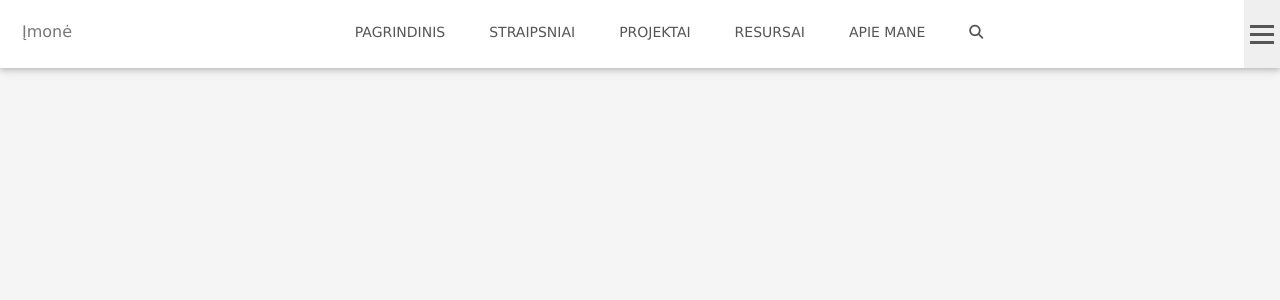
Repository: motiejus1/14-paskaita-05.31
Page: index.html
The author's editor kept a copy of each file at every save. The page is drawn from the files as they stood at one save, then again after a run of saves.
The browser window is 1280 px wide. The pictures show the whole page.
Some web libraries are served in a nearby version.

Above is the page before, as saved 2021-06-23 19:47:08.

After the next 2 saves:
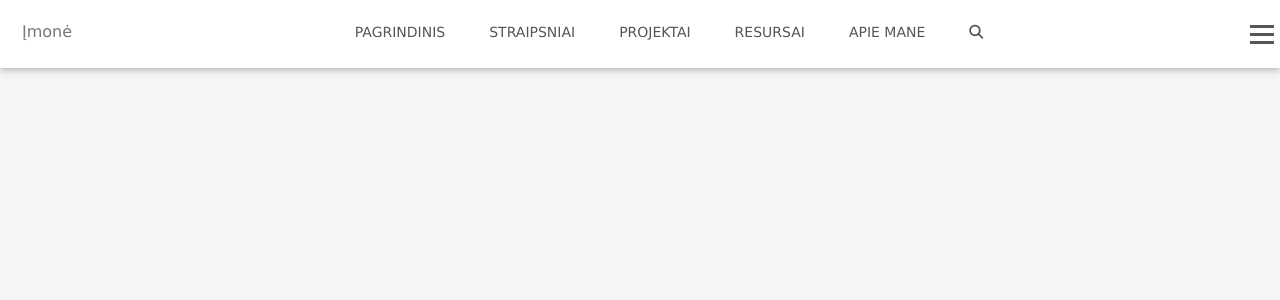
The 2 saves are shown as one change because they came seconds apart.
The last was saved 11 s later.
--- a/index.html
+++ b/index.html
@@ -106,6 +106,7 @@
 
         .toggle {
             border: 0;
+            background-color: transparent;
 
         }
 
